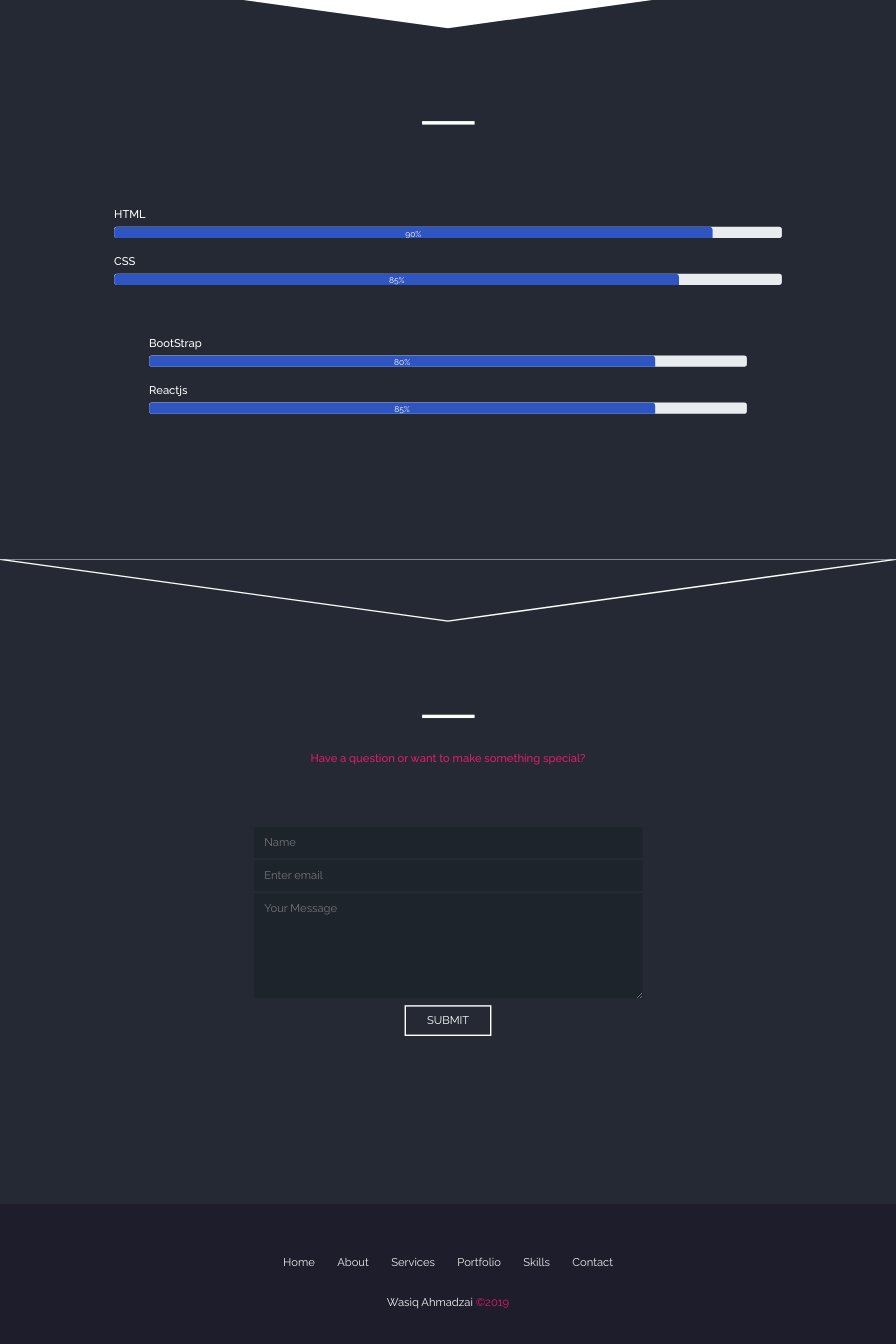
Repository: wasiqkhan/wasiqkhan.github.io
Page: index.html
An editor plug-in stored every save of this project. The page is shown before and after the next save, followed by the edit.
The browser window is 1280 px wide. The pictures show the part of the page from y = 3930 to 5850 px (the page is 5850 px tall before and 5615 px after), at 70% of full size.
Some web fonts or font styles are not loaded; a fallback is used.

Above is the page before, as saved 2020-11-06 16:54:16.
Not found: js/all.js
Not found: js/app.js
Not found: js/particles.js

After the next save:
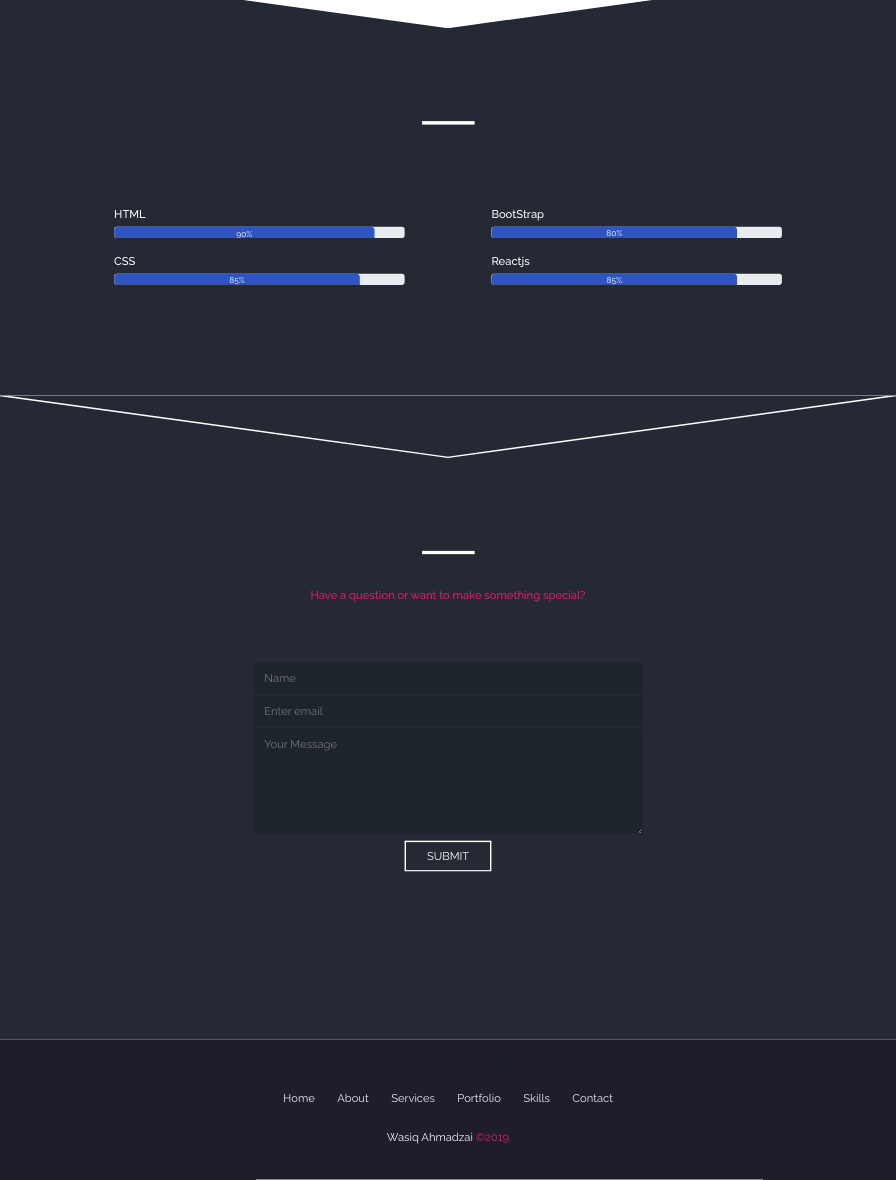
Saved 37 s later.
--- a/index.html
+++ b/index.html
@@ -327,10 +327,7 @@
         </ul> -->
         <div class="container">
           <div class="skill-items">
-            <ul class="skill-group">
-
-
-
+            <div class="skill-group">
               <div class="skill-item filter frontend">
                 <h6>HTML</h6>
 
@@ -351,9 +348,9 @@
                   </div>
                 </div>
               </div>
-
+            </div>
             <div class="skill-group">
-               <div class="skill-item filter frontend">
+              <div class="skill-item filter frontend">
                 <h6>BootStrap</h6>
                 <div class="progress">
                   <div
